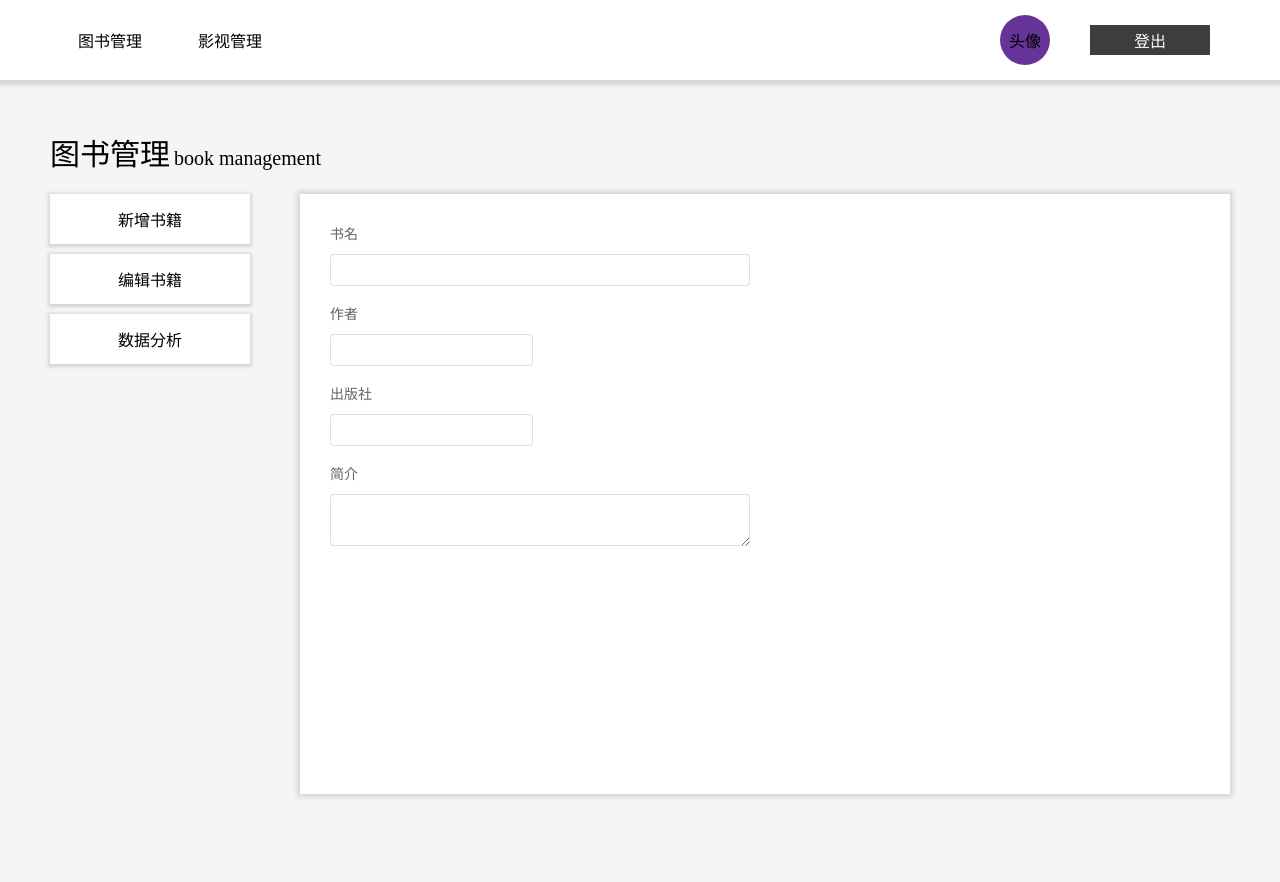
Repository: quanwangniuniu/Oasis-Reading-Platform
Page: /#/admin/books (app in Vue-frontend/)
The author's editor kept a copy of each file at every save. The page is drawn from the files as they stood at one save, then again after the next save.
The browser window is 1280 px wide. The pictures show the whole page.
Some web fonts or font styles are not loaded; a fallback is used. The project was rebuilt for these pictures with package versions that can differ from the ones it lists, and the page was loaded fresh each time. Also part of the build but not shown: Vue-frontend/vite.config.js, Vue-frontend/src/components/Test.vue, Vue-frontend/src/components/user/books/BookCard.vue, Vue-frontend/src/components/axios/config.js, Vue-frontend/src/components/axios/api.js, Vue-frontend/src/components/user/books/Books.vue, Vue-frontend/src/components/user/movies/Favourites.vue, Vue-frontend/src/components/user/explore/Explore.vue and 10 more.

Above is the page before, as saved 2023-04-13 16:26:51.

### Vue-frontend/index.html
<!DOCTYPE html>
<html lang="en">
  <head>
    <meta charset="UTF-8">
    <meta name="viewport" content="width=device-width, initial-scale=1.0">
    <title>Vite App</title>
    <style>
      *{
        padding: 0px;
        margin: 0px;
      }

      body{
        background-color: rgb(245, 245, 245);
      }
    </style>
  </head>
  <body>
    <div id="app"></div>
    <script type="module" src="/src/main.js"></script>
  </body>
</html>

### Vue-frontend/src/main.js
import { createApp } from 'vue'
import ElementPlus from 'element-plus'
import 'element-plus/dist/index.css'
import App from './App.vue'
import router from './components/router/router'
import * as ElementPlusIconsVue from '@element-plus/icons-vue'
import './assets/font/font.css'

const app = createApp(App)
app.use(router)
app.use(ElementPlus)
app.mount('#app')
for (const [key, component] of Object.entries(ElementPlusIconsVue)) {
    app.component(key, component)
  }

### Vue-frontend/src/App.vue
<script setup>
import Test from './components/Test.vue';
</script>

<template>
  <div>
    <router-view></router-view>
  </div>
</template>

<style scoped>
</style>

### Vue-frontend/src/components/router/router.js
import {createRouter, createWebHashHistory} from 'vue-router'
import Books from '../user/books/Books.vue'
import Movies from '../user/movies/Favourites.vue'
import Explore from '../user/explore/Explore.vue'
import Login from '../user/login/Login.vue'
import SpecificBook from '../user/books/SpecificBook.vue'
import User from '../User.vue'
import Admin from '../Admin.vue'
import UserInfo from '../user/info/UserInfo.vue'
import BookSearch from '../user/books/BookSearch.vue'
import Transit from '../user/books/Transit.vue'
import BookManagement from '../admin/bookManagement/BookManagement.vue'
import MovieManagement from '../admin/movieManagement/MovieManagement.vue'

import {checkUser} from './utils.js'

const router = createRouter({
    history: createWebHashHistory(),
    routes:[
        {path:'/user', component: User, alias:['/'], children:[
            {path:'books', component: Books},
            {path:'search',name:'search', component: BookSearch},
            {path:'transit',name:'transit', component: Transit},
            {path:'books/:id', component: SpecificBook,beforeEnter: checkUser},
            {path:'movies', component: Movies},
            {path:'explore', component: Explore},
            {path:'login', component: Login},
            {path:'info', component: UserInfo, beforeEnter: checkUser},
        ]},
        {path:'/admin', component: Admin,children:[
            {path:'books', component: BookManagement},
            {path:'movies', component: MovieManagement}
        ]}
    ]
})

export default router

### Vue-frontend/src/assets/font/font.css

  @font-face {
    font-family: siyuansongti;
    src: url(./Source_Han_Serif_SC_Light_Light.otf);
    font-weight: normal;
    font-style: normal;
  }

### Vue-frontend/src/components/Admin.vue
<script setup>
import BookManagementVue from './admin/bookManagement/BookManagement.vue';
import AdminHeader from './admin/header/AdminHeader.vue';
</script>

<template>
    <AdminHeader></AdminHeader>
    <router-view></router-view>
</template>

<style scoped>
</style>

### Vue-frontend/src/components/admin/bookManagement/BookManagement.vue
<script setup>
import LeftBar from './LeftBar.vue';
import {ref} from 'vue'


const bookItem = ref({
  title: '',
  author: '',
  publisher: '',
  ISBN: '',
  description: '',
  publish_year: '',
  page:'',
  binding: '',
  price:'',
  seriers:' '
})


</script>

<template>
  <div class="top-container">
    <div class="title">
      <span>图书管理</span>&nbsp;<span>book management</span>
    </div>
  </div>
  <div class="container">
      <LeftBar></LeftBar>
      <div class="panel">
        <div>
          <el-form
            label-position="top"
            label-width="100px"
            :model="formLabelAlign"
            style="max-width: 460px"
            :inline="true"
          >
            <el-form-item label="书名" style="width:420px">
              <el-input v-model="bookItem.title" />
            </el-form-item>
            <el-form-item label="作者">
              <el-input v-model="bookItem.author" />
            </el-form-item>
            <el-form-item label="出版社">
              <el-input v-model="bookItem.publisher" />
            </el-form-item>
            <div class="description">
              <el-form-item label="简介" style="height:400px;width:420px">
                <el-input v-model="bookItem.description" type="textarea"/>
              </el-form-item>
            </div>

          </el-form>
        </div>
      </div>
  </div>

</template>

<style scoped>
.top-container{
  margin: 50px 50px 0px 50px;
  display: flex;
  justify-content: space-between;
}

.title{
  width: 400px;
  font-family: siyuansongti;
}
.container{
  display: flex;
  margin: 20px 50px 0px 50px
}

.title span:nth-child(1){
  font-size: 30px;
}
.title span:nth-child(2){
  font-size: 20px;
}

.panel{
  box-sizing: border-box;
  flex: 1;
  height: 600px;
  background-color: white;
  box-shadow: 0 0 5px 3px rgb(214, 214, 214);
  padding: 30px;
}

.el-textarea__inner::v-deep {
  resize: none;
}

</style>

### Vue-frontend/src/components/router/utils.js
export const checkUser = (from, to, next) => {
    if(localStorage.getItem('token') === null){
        next('/login')
    }else{
        next()
    }
}

### Vue-frontend/src/components/admin/header/AdminHeader.vue
<script setup>

let logout = () =>{
    localStorage.clear('token')
    localStorage.clear('type')
}

</script>

<template>
    <div>
        <div class="container">
            <div class="left">
                <div class="nav"><router-link to="/admin/books">图书管理</router-link></div>
                <div class="nav"><router-link to="/admin/movies">影视管理</router-link></div>
            </div>

            <div class="right">
                <div class="nav avata"><router-link to="/info">头像</router-link></div>
                <div class="nav login"><router-link to="/explore" @click="logout">登出</router-link></div>
            </div>

        </div>
    </div>

</template>

<style scoped>
.container{
    height: 80px;
    background-color: white;
    /* 边框模糊效果 */
    box-shadow: 0 0 5px 5px rgb(214, 214, 214);
    /* 开启flex布局 */
    display: flex;
    /* 设置元素靠右排列 */
    justify-content: space-between;
    /* 设置元素垂直居中 */
    align-items: center;
}

.left{
    display: flex;
    /* 设置元素垂直居中 */
    align-items: center;
    padding-left: 50px;
}

.right{
    display: flex;
    /* 设置元素垂直居中 */
    align-items: center;
    padding-right: 50px;
}

.nav{
    width: 80px;
    height: 30px;
    margin-left: 20px;
    margin-right: 20px;
    /* 设置nav内部a标签水平居中 */
    text-align: center;
    /* 开启flex局部 */
    display: flex;
    /* 设置nav内部a标签垂直居中 */
    align-items: center;
}

.nav a{
    width: 80px;
    /* 清除a标签默认样式 */
    text-decoration: none;
    color: black;

}

.login{
    width: 120px;
    background-color: rgb(61, 61, 61);
}

.login a{
    width: 1200px;
    color: white;
}

.avata{
    width: 50px;
    height: 50px;
    border-radius: 50%;
    background-color: rebeccapurple;
}


</style>

### Vue-frontend/src/components/admin/bookManagement/LeftBar.vue
<script setup>

</script>

<template>
    <div class="leftbar-container">
        <div class="card">
            新增书籍
        </div>
        <div class="card">
            编辑书籍
        </div>
        <div class="card">
            数据分析
        </div>
    </div>

</template>

<style scoped>
.leftbar-container{
    width: 250px;
    height: 600px;
}

.card{
    width: 200px;
    height: 50px;
    background: white;
    /* 设置卡片阴影 */
    box-shadow: 0px 1px 3px 2px rgb(214, 214, 214);
    /* 开启flex布局 文字水平垂直居中 */
    display: flex;
    justify-content: center;
    align-items:center;
    margin-bottom: 10px;
}

.card:hover{
    transform:scale(1.1);
}
</style>

After the next save:
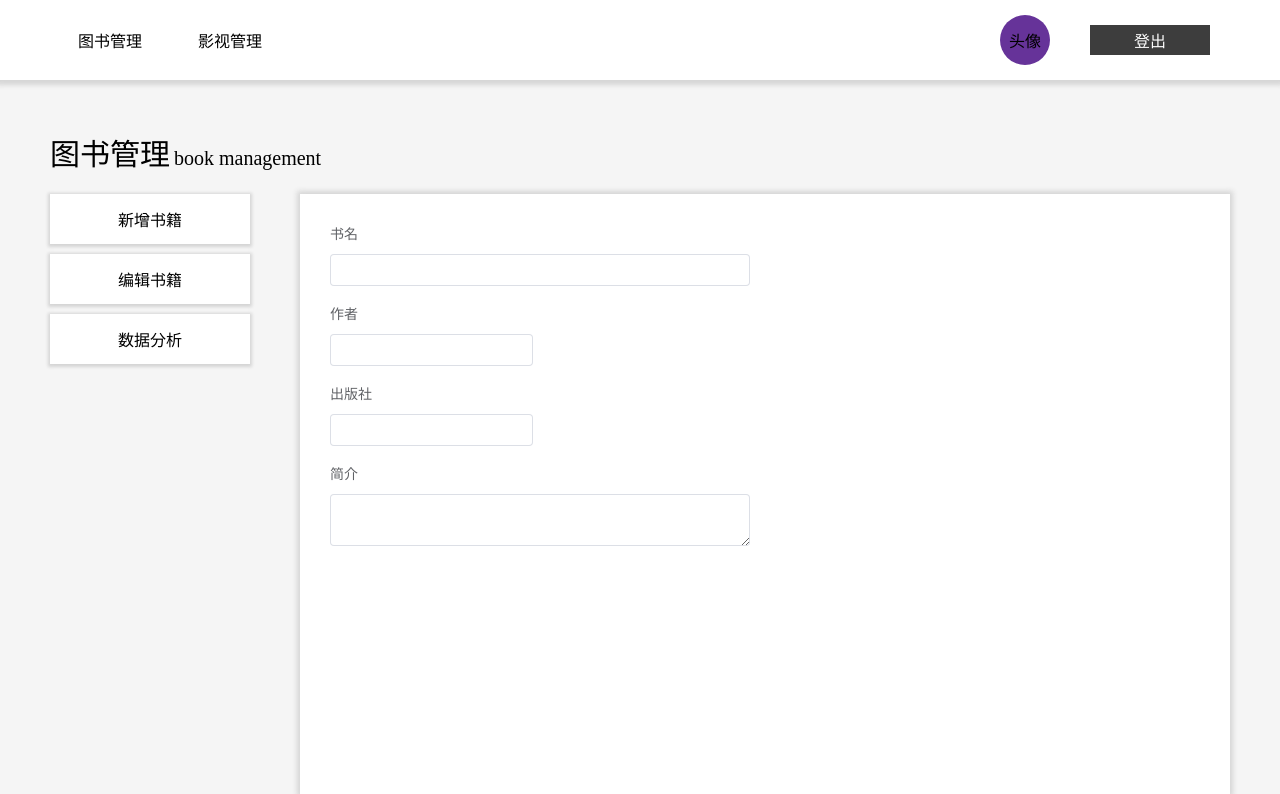
Saved 3 min 50 s later.
--- a/Vue-frontend/src/components/admin/bookManagement/BookManagement.vue
+++ b/Vue-frontend/src/components/admin/bookManagement/BookManagement.vue
@@ -45,12 +45,9 @@ const bookItem = ref({
             <el-form-item label="出版社">
               <el-input v-model="bookItem.publisher" />
             </el-form-item>
-            <div class="description">
-              <el-form-item label="简介" style="height:400px;width:420px">
+            <el-form-item label="简介" style="width:420px">
                 <el-input v-model="bookItem.description" type="textarea"/>
-              </el-form-item>
-            </div>
-
+            </el-form-item>
           </el-form>
         </div>
       </div>
@@ -90,8 +87,4 @@ const bookItem = ref({
   padding: 30px;
 }
 
-.el-textarea__inner::v-deep {
-  resize: none;
-}
-
 </style>
